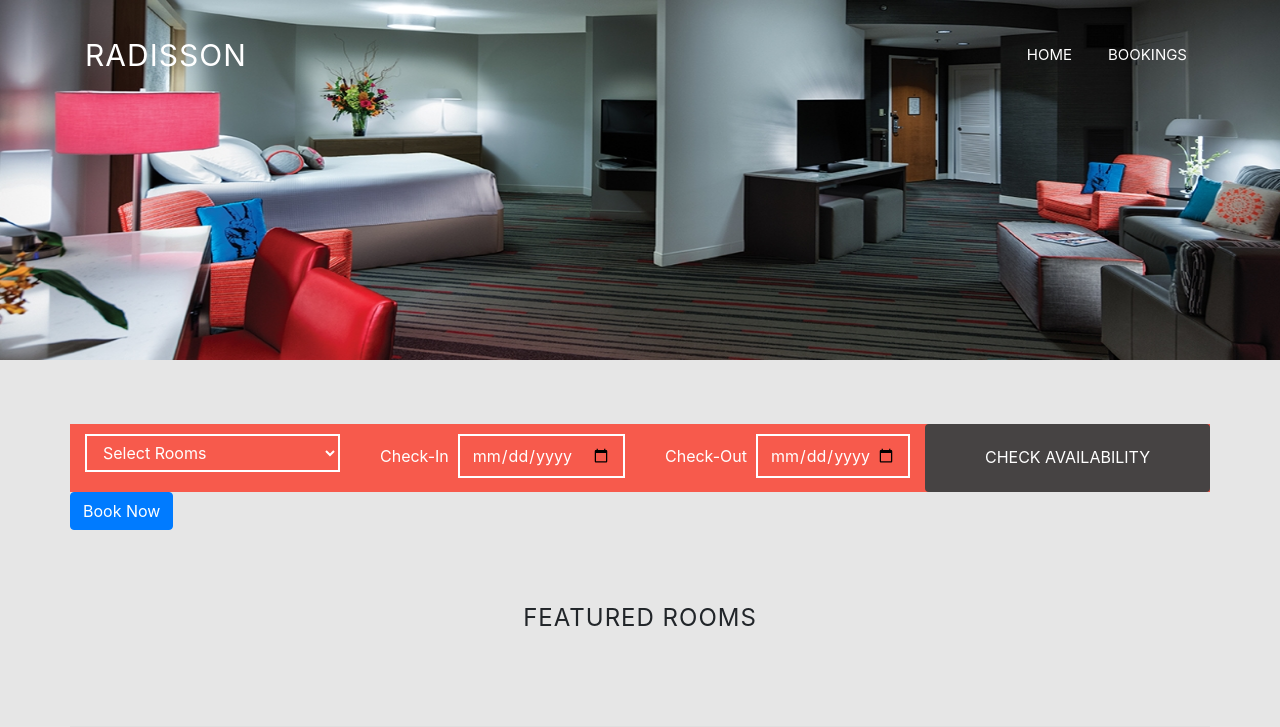
Repository: kapsky5/HotelManagement
Page: rooms.html
The author's editor kept a copy of each file at every save. The page is drawn from the files as they stood at one save, then again after the next save.
The browser window is 1280 px wide. The pictures show the part of the page from y = 0 to 727 px (the page is 2094 px tall).
Pictures or frames that could not be fetched are drawn as grey boxes. Some web libraries are served in a nearby version.

Above is the page before, as saved 2019-11-07 02:52:44.

After the next save:
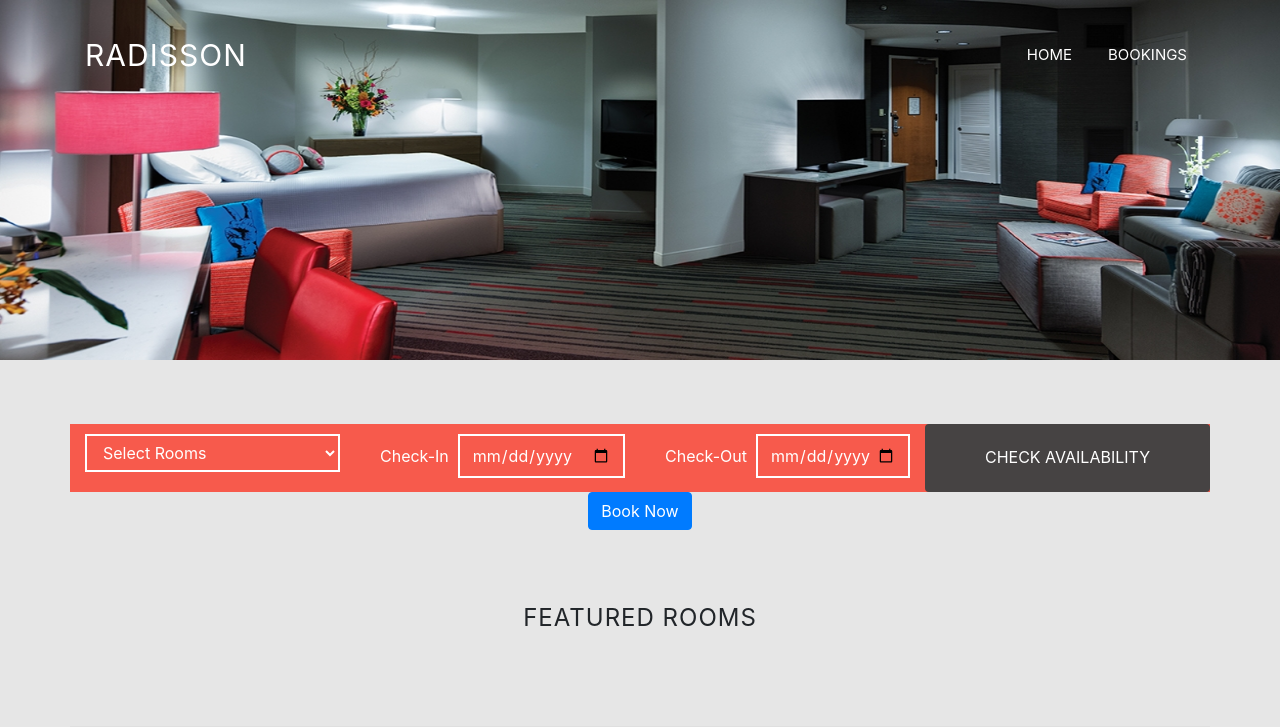
Saved 4 min 1 s later.
--- a/rooms.html
+++ b/rooms.html
@@ -73,8 +73,8 @@
                 </button>
             </div>
 
-            <div class="btn btn-primary">
-                Book Now
+            <div class="text-center">
+                <button class="btn btn-primary">Book Now</button>
             </div>
 
             <div class="text-center" style="padding: 70px 0 50px 0;">
